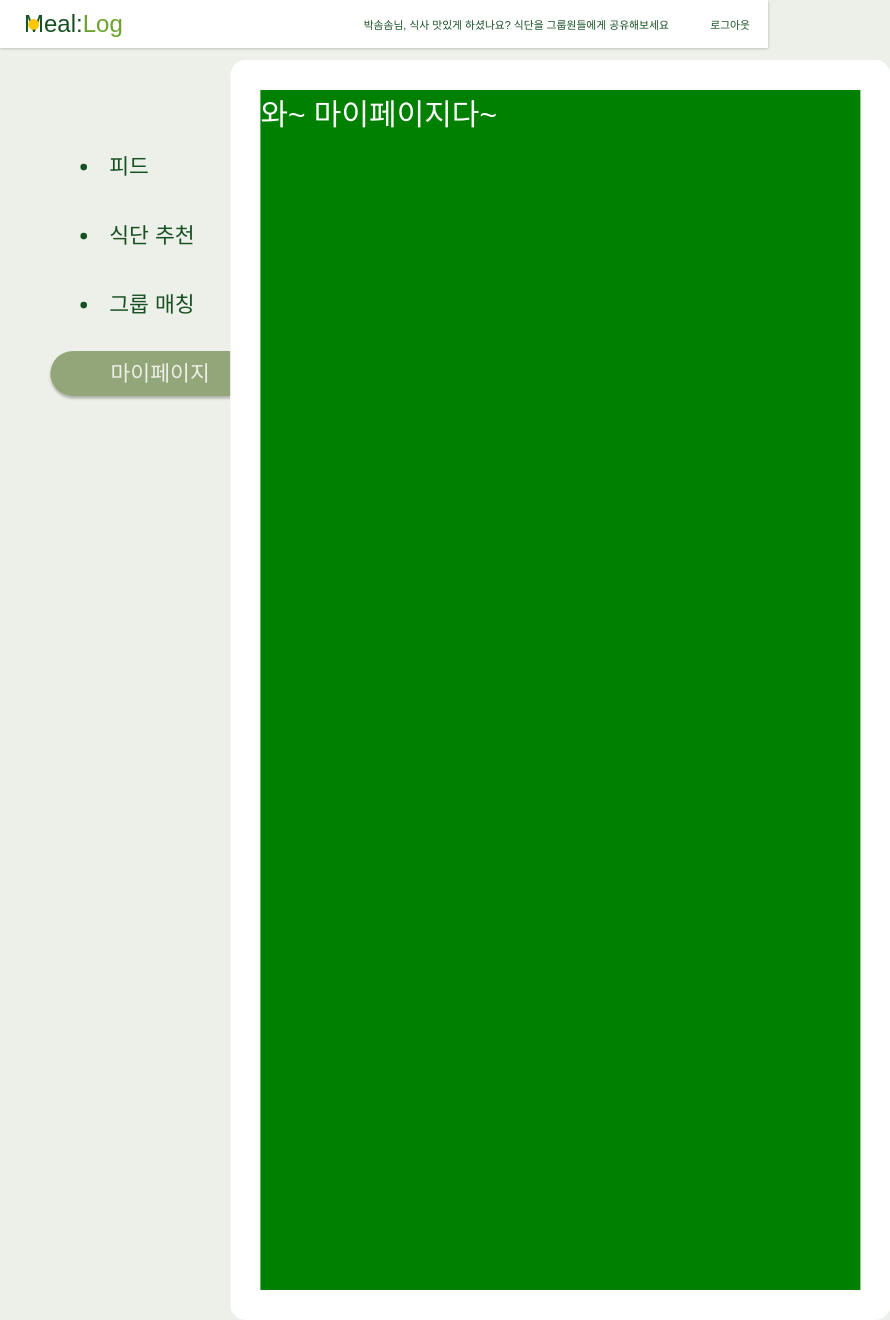
Repository: mealLog-databaseProgramming/MealLog
Page: http://localhost/meal-log/
These files come from the project's save history. The page is drawn as it stood at one moment and after the next save; the edit follows.
The browser window is 1280 px wide. The page is 1484 px wide, then 1434 px, so the pictures cover 1484 px, including what lies to the right of the window. The pictures show the whole page, at 60% of full size.
Some icons come from a web library that is not loaded, so they are not drawn. Some web fonts or font styles are not loaded; a fallback is used. The page is served by Tomcat 9.

Above is the page before, as saved 2022-09-29 16:38:37.

After the next save:
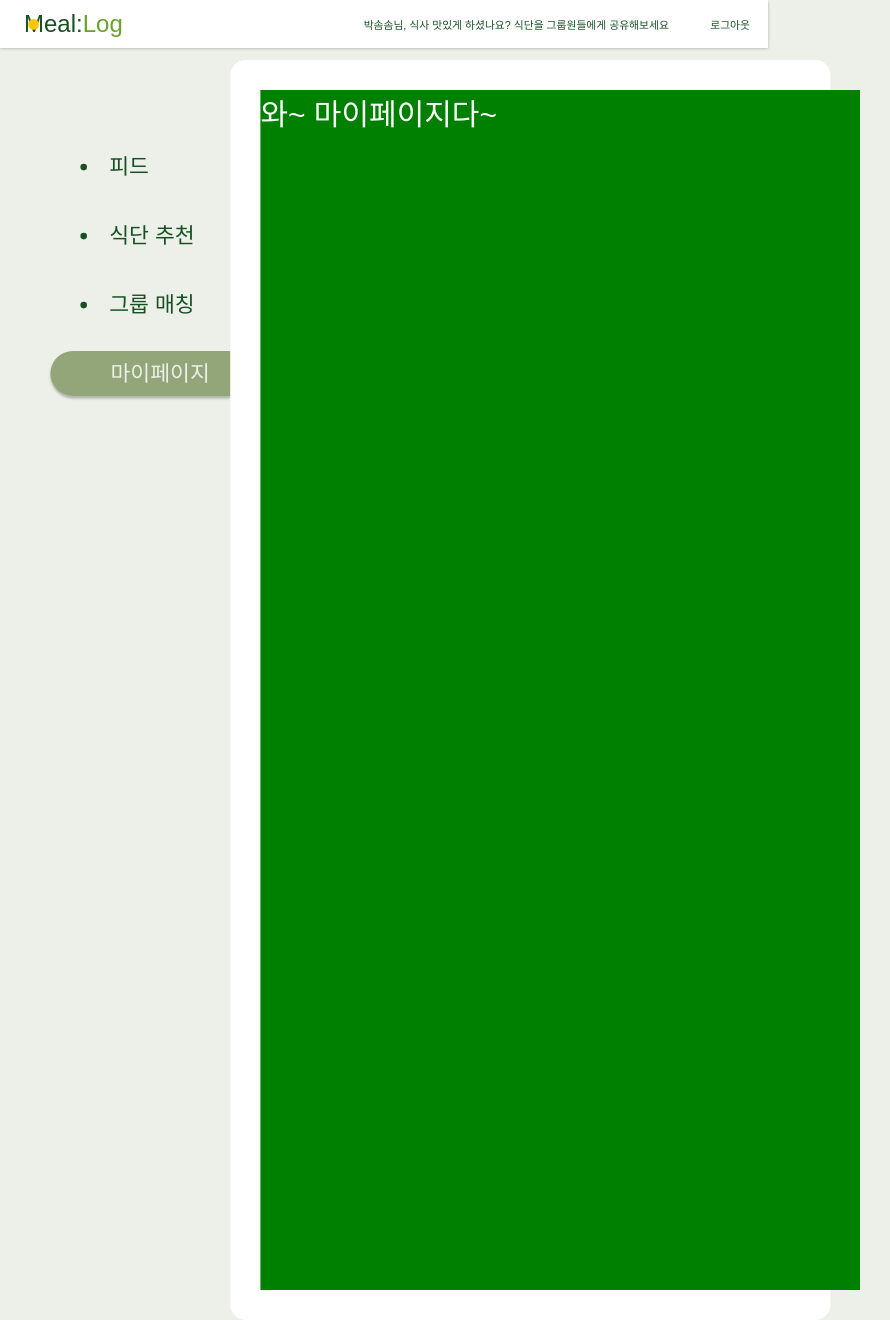
Saved 19 s later.
--- a/meal-log/src/main/webapp/resources/css/index.css
+++ b/meal-log/src/main/webapp/resources/css/index.css
@@ -138,7 +138,7 @@ body {
 }
 
 .Content {
-	width: 1000px;
+	width: 900px;
 	padding: 50px;
 
 	background: #FFFFFF;
